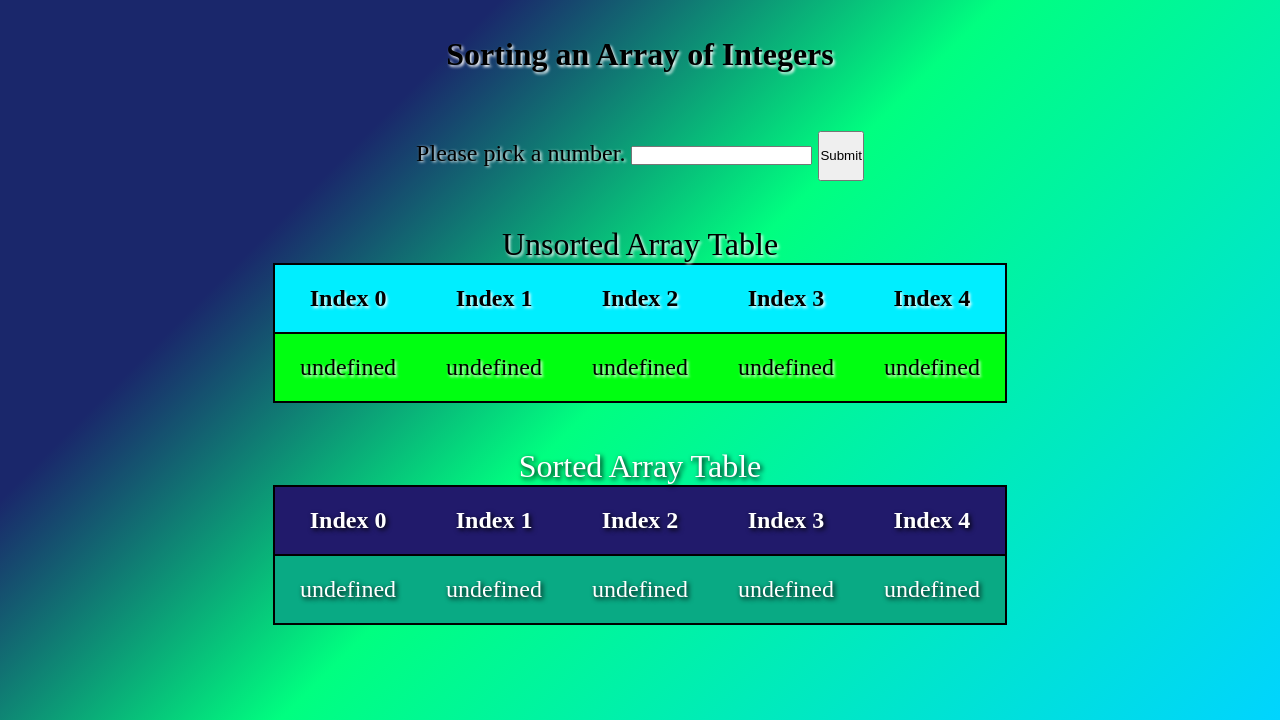
Repository: mlmEFSC21/P16-Sorting-Integers
Page: sort.html
An editor plug-in stored every save of this project. The page is shown before and after the next save, followed by the edit.
The browser window is 1280 px wide. The pictures show the whole page.

Above is the page before, as saved 2022-03-28 14:40:04.

### sort.html
<!DOCTYPE html>
<html lang="en">
    <head>
        <meta charset="UTF-8" />
        <meta http-equiv="X-UA-Compatible" content="IE=edge" />
        <meta name="viewport" content="width=device-width, initial-scale=1.0" />
        <link rel="stylesheet" href="sort.css" />
        <script defer src="sort.js"></script>
        <title>Array Sorting</title>
    </head>
    <body>
        <header class="mainHeader">
            <h1>Sorting an Array of Integers</h1>
        </header>
        <section class="main">
            <div class="arrayContainer" id="arrayContainer">
                <form action="" class="inputForm">
                    <label for="numInp">Please pick a number.</label>
                    <input type="number" name="numInp" id="numInp" />
                    <button type="submit" class="submitButton">Submit</button>
                </form>
            </div>
        </section>
    </body>
</html>

### sort.css
:root {
    --clr-background: #00ff8f;
    --clr-primary-T1: hsl(184, 100%, 50%);
    --clr-primary-T2: hsl(245, 61%, 26%);
    --clr-secondary-T1: hsl(124, 100%, 50%);
    --clr-secondary-T2: hsl(166, 90%, 35%);
}
*,
*::after,
*::before {
    box-sizing: border-box;
    margin: 0;
    padding: 0;
}
body {
    font-size: 0.875;
    text-shadow: 1.75px 1.75px 3px white;
    background-color: var(--clr-background);
    background-repeat: no-repeat;
    background-size: cover;
    background: linear-gradient(
        135deg,
        rgba(26, 39, 107, 1) 25%,
        rgba(0, 255, 128, 1) 50%,
        rgba(0, 212, 255, 1) 100%
    );
    height: 100vh;
}
.mainHeader {
    height: 15vh;
    display: flex;
    align-items: center;
    justify-content: center;
}
.arrayContainer {
    height: min(75vh, 640px);
    display: grid;
    align-items: center;
    justify-content: space-around;
}
.inputForm {
    font-size: 1.5rem;
    align-self: center;
    justify-self: center;
}
button {
    height: 50px;
}
table {
    border-collapse: collapse;
    font-size: 1.5rem;
    border: 2px solid black;
}
caption {
    font-size: 2rem;
}
thead {
    border-bottom: 2px solid black;
}
th,
td {
    margin: 10px 15px;
    padding: 20px 25px;
}
.unsortedTable th {
    background-color: var(--clr-primary-T1);
}
.unsortedTable td {
    background-color: var(--clr-secondary-T1);
    text-align: center;
}
.sortedTable {
    color: white;
    text-shadow: 1.75px 1.75px 5px black;
}
.sortedTable th {
    background-color: var(--clr-primary-T2);
}
.sortedTable td {
    background-color: var(--clr-secondary-T2);
    text-align: center;
}

### sort.js
const unsortedArray = [];

const arrayContainer = document.querySelector("#arrayContainer");
//create the unsorted table
const unsortedTable = document.createElement("table");
unsortedTable.setAttribute("class", "unsortedTable");
unsortedTable.setAttribute("id", "unsortedTable");
//create the sorted table
const sortedTable = document.createElement("table");
sortedTable.setAttribute("class", "sortedTable");
sortedTable.setAttribute("id", "sortedTable");
//fill the table with other elements using template literals
unsortedTable.innerHTML = `
<caption>
Unsorted Array Table
</caption>
<thead>
<tr class="theadRow">
<th>Index 0</th>
<th>Index 1</th>
<th>Index 2</th>
<th>Index 3</th>
<th>Index 4</th>
</tr>
</thead>
<tbody>
<tr>
<td>${unsortedArray[0]}</td>
<td>${unsortedArray[1]}</td>
<td>${unsortedArray[2]}</td>
<td>${unsortedArray[3]}</td>
<td>${unsortedArray[4]}</td>
</tr>
</tbody>`;
arrayContainer.append(unsortedTable);
//arrow function to sort the unsorted array.
const sortedArray = unsortedArray.sort((a, b) => a - b);
//fill the table with other elements using template literals
sortedTable.innerHTML = `
<caption>
Sorted Array Table
</caption>
<thead>
<th>Index 0</th>
<th>Index 1</th>
<th>Index 2</th>
<th>Index 3</th>
<th>Index 4</th>
</thead>
<tbody>
<tr>
<td>${sortedArray[0]}</td>
<td>${sortedArray[1]}</td>
<td>${sortedArray[2]}</td>
<td>${sortedArray[3]}</td>
<td>${sortedArray[4]}</td>
</tr>
</tbody>`;
arrayContainer.append(sortedTable);

console.log(unsortedArray);
console.log(sortedArray);

// prettier-ignore;
// document.getElementById(
//     "unsorted"
// ).innerText = `${unsortedArray[0]} ${unsortedArray[1]} ${unsortedArray[2]} ${unsortedArray[3]} ${unsortedArray[4]} `;

// // prettier-ignore
// document.getElementById("sorted").innerText =
// `${sortedArray[0]} ${sortedArray[1]} ${sortedArray[2]} ${sortedArray[3]} ${sortedArray[4]} `;

After the next save:
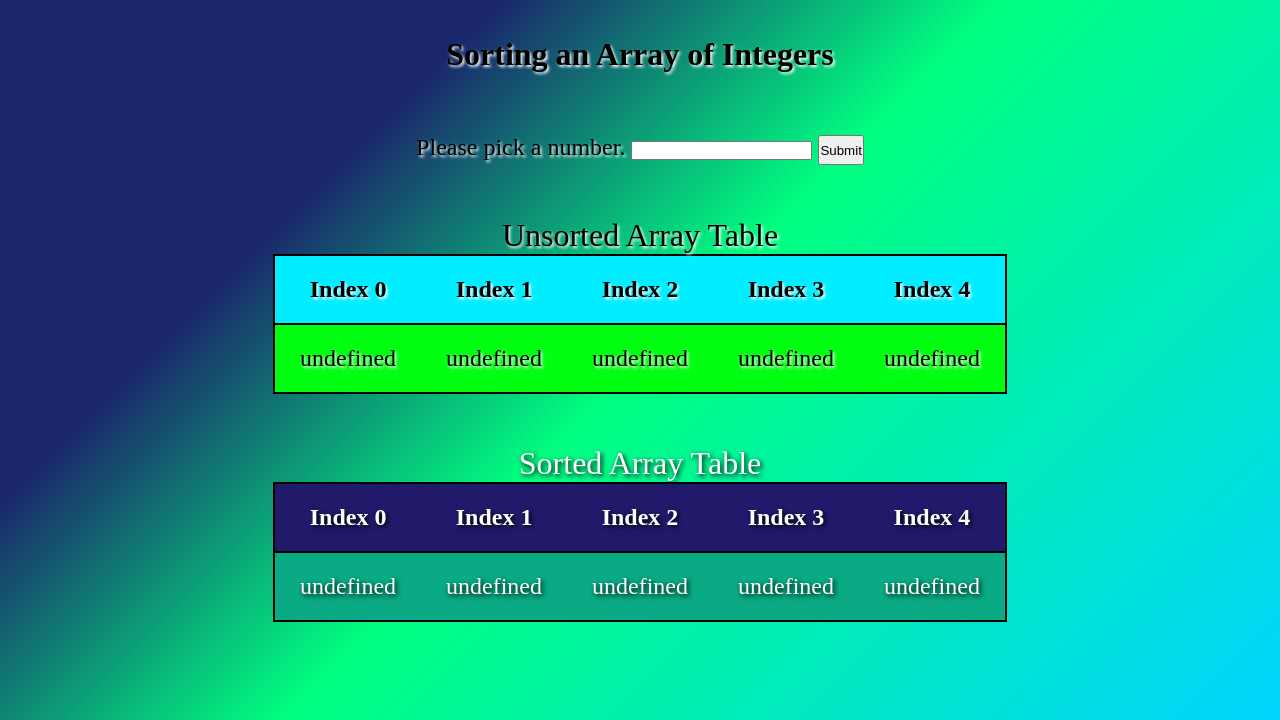
Saved 6 s later.
--- a/sort.css
+++ b/sort.css
@@ -44,7 +44,7 @@ body {
     justify-self: center;
 }
 button {
-    height: 50px;
+    height: 30px;
 }
 table {
     border-collapse: collapse;
